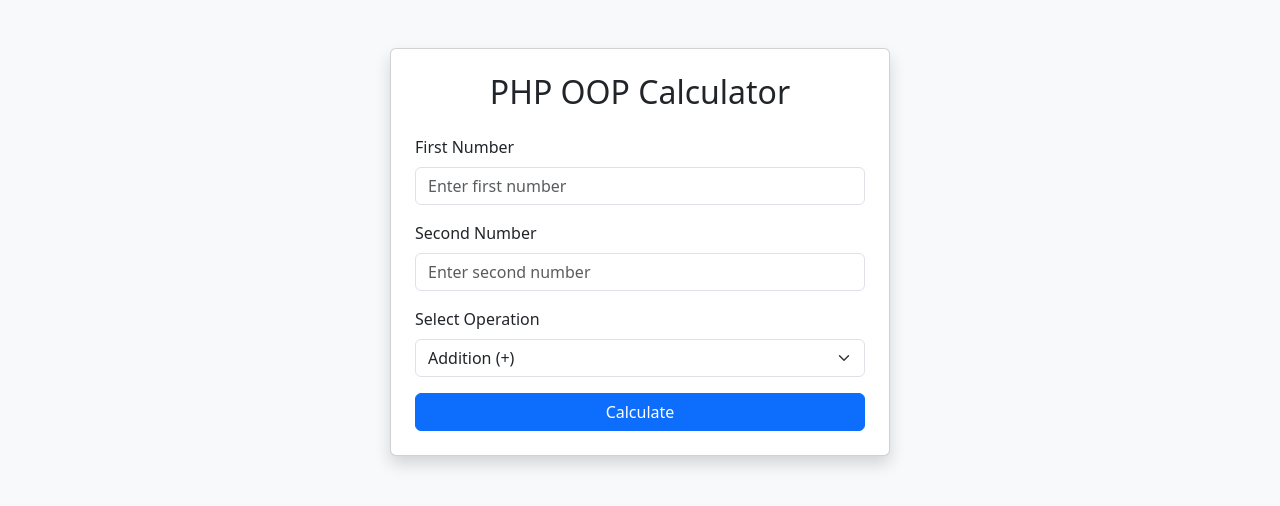
Repository: karkinoob/SimpleCalculator
Page: http://localhost/
The author's editor kept a copy of each file at every save. The page is drawn from the files as they stood at one save, then again after the next save.
The browser window is 1280 px wide. The pictures show the whole page.
The page is run by PHP 8.4 with error messages shown; the project is at /var/www/html/.

Above is the page before, as saved 2025-05-08 17:22:18.

### index.php
<?php
class Calculator {
  private $num1;
  private $num2;

  public function __construct($num1,$num2) {
    $this->num1 = $num1;
    $this->num2 = $num2;
  }
  function add () {
    return $this->num1 + $this->num2;
  }
  function substract() {
    $this->num1 - $this->num2;
  }
  function multiply () {
    $this->num1 * $this->num2;
  }
  function divide () {
    if ($this->num2 == 0) {
      echo "Cannot divided by zero";
    } else {
      $this->num1 / $this->num2;
    }
  }
}
$result = "";
         if ($_SERVER["REQUEST_METHOD"] == "POST") {

         }

?>
<!DOCTYPE html>
<html lang="en">
<head>
    <meta charset="UTF-8">
    <title>OOP Calculator</title>
    <meta name="viewport" content="width=device-width, initial-scale=1">

    <link href="https://cdn.jsdelivr.net/npm/bootstrap@5.3.6/dist/css/bootstrap.min.css" rel="stylesheet">
</head>
<body class="bg-light">

<div class="container mt-5">
    <div class="card shadow p-4 mx-auto" style="max-width: 500px;">
        <h2 class="mb-4 text-center">PHP OOP Calculator</h2>
        <form method="POST">
            <div class="mb-3">
                <label for="num1" class="form-label">First Number</label>
                <input type="number" step="any" name="num1" class="form-control" required placeholder="Enter first number">
            </div>
            <div class="mb-3">
                <label for="num2" class="form-label">Second Number</label>
                <input type="number" step="any" name="num2" class="form-control" required placeholder="Enter second number">
            </div>
            <div class="mb-3">
                <label for="operation" class="form-label">Select Operation</label>
                <select name="operation" class="form-select" required>
                    <option value="add">Addition (+)</option>
                    <option value="subtract">Subtraction (-)</option>
                    <option value="multiply">Multiplication (×)</option>
                    <option value="divide">Division (÷)</option>
                </select>
            </div>
            <button type="submit" class="btn btn-primary w-100">Calculate</button>
        </form>

        <!-- <?php if ($result !== ""): ?>
            <div class="alert alert-info text-center mt-4">
                <strong>Result:</strong> <?= $result ?> -->
            </div>
        <?php endif; ?>
    </div>
</div>

</body>
</html>

After the next save:
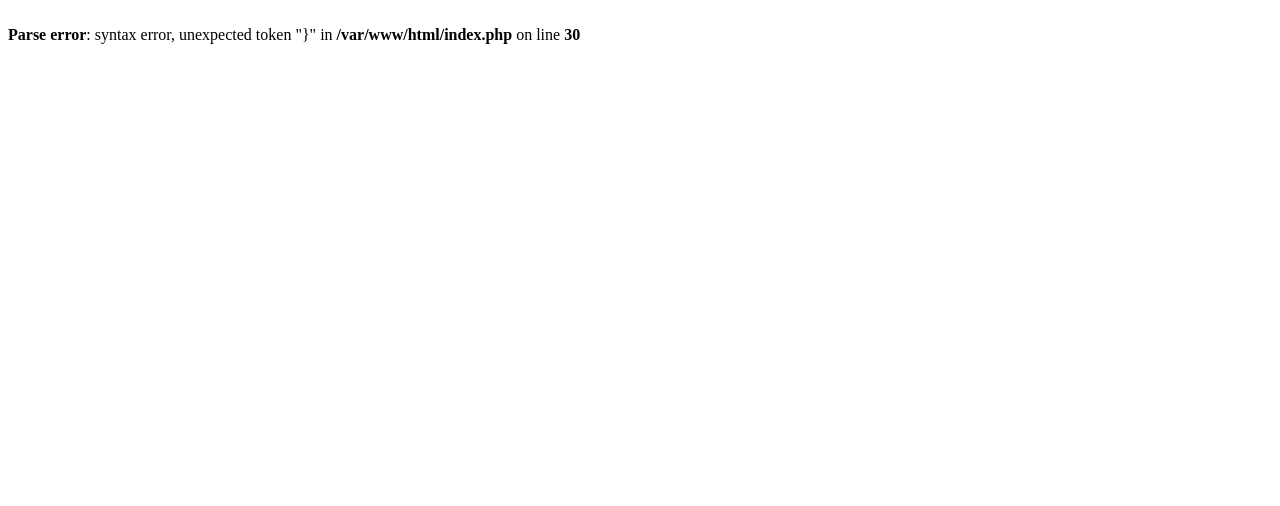
Saved 15 s later.
--- a/index.php
+++ b/index.php
@@ -26,7 +26,7 @@
 }
 $result = "";
          if ($_SERVER["REQUEST_METHOD"] == "POST") {
-
+            $num1 =
          }
 
 ?>
